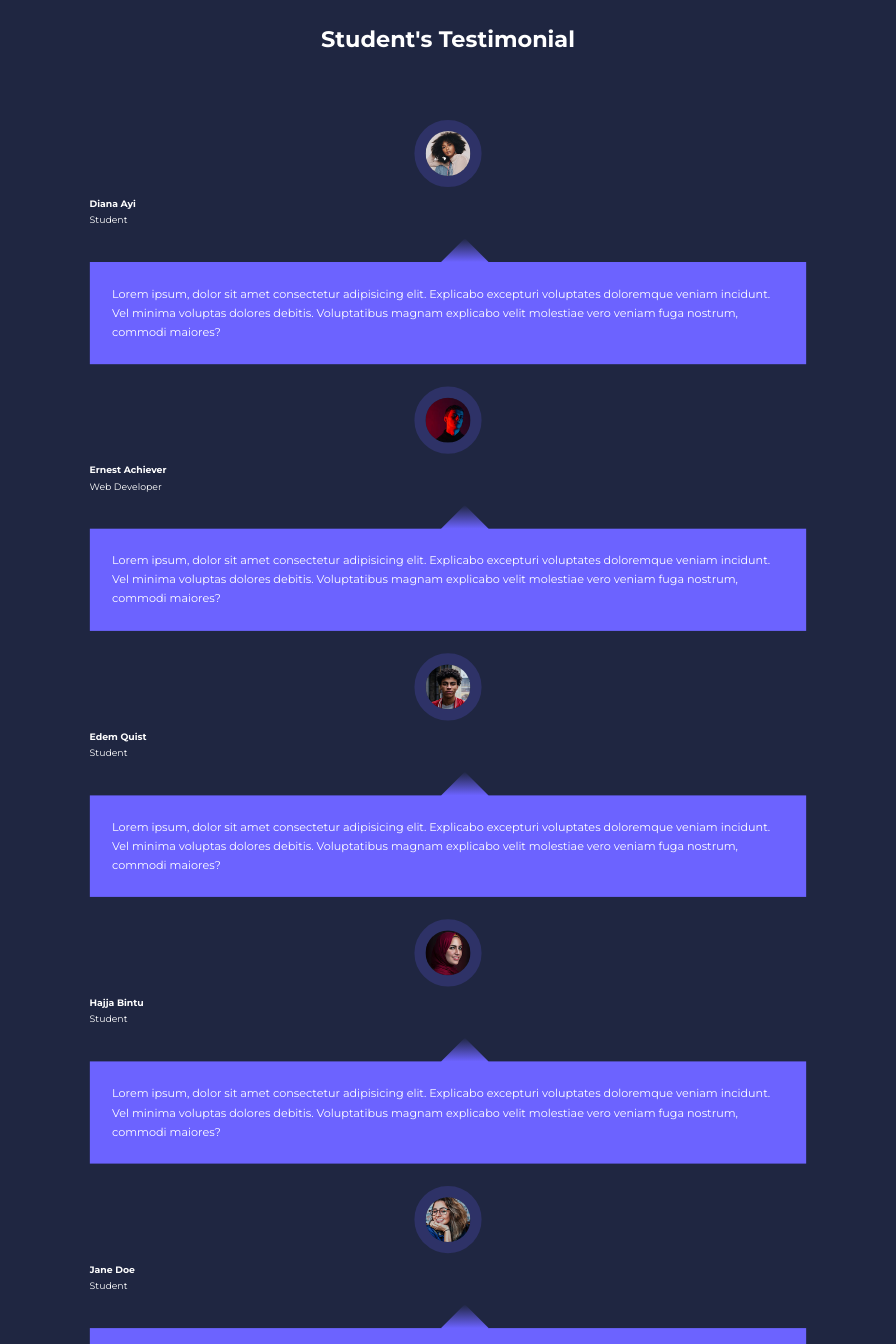
Repository: QUANGTHAI2003/education-web
Page: index.html
These files come from the project's save history. The page is drawn as it stood at one moment and after the next save; the edit follows.
The browser window is 1280 px wide. The pictures show the part of the page from y = 2946 to 4866 px (the page is 5165 px tall before and 3642 px after), at 70% of full size.
Some icons come from a web library that is not loaded, so they are not drawn.

Above is the page before, as saved 2022-03-11 23:49:25.

After the next save:
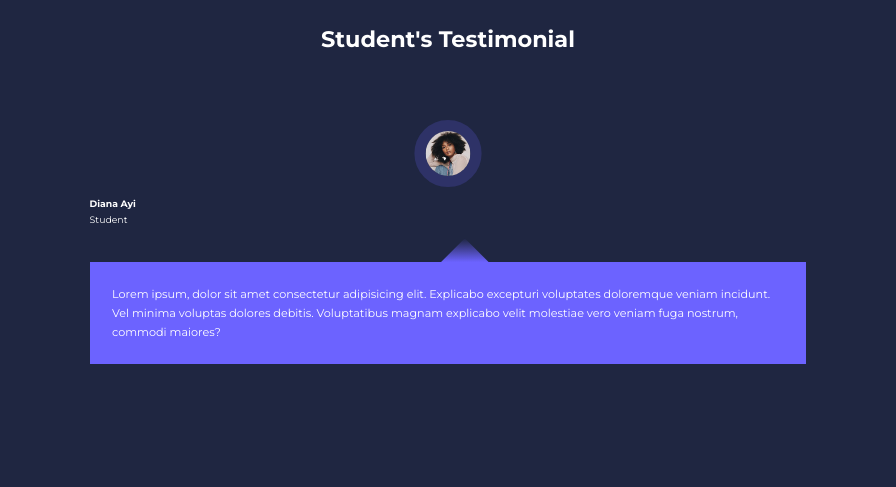
Saved 66 s later.
--- a/index.html
+++ b/index.html
@@ -312,7 +312,7 @@
         </section>
         <section class="container testimonials__container">
             <h2>Student's Testimonial</h2>
-            <div>
+            <div class="swiper-wrapper">
                 <article class="testimonial swiper-slide">
                     <div class="avatar">
                         <img src="./images/avatar1.jpg" alt="" />
